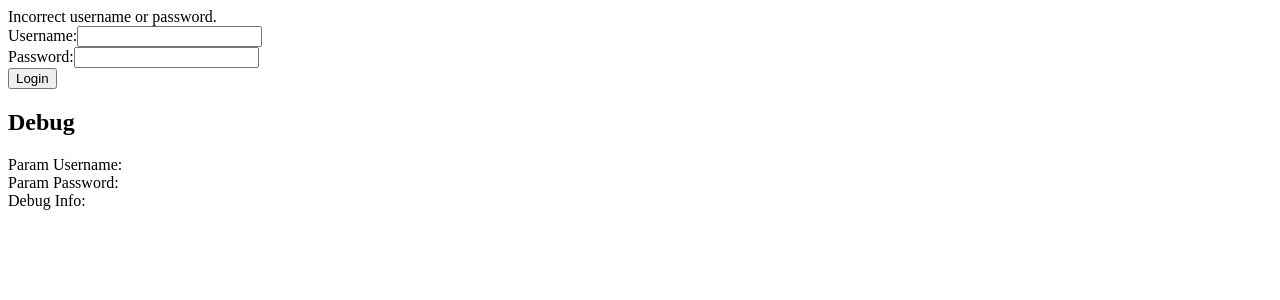
Repository: Bodily-Brad/CS313-Group-Java
Page: http://localhost/8.02/ValidateUser
These files come from the project's save history. The page is drawn as it stood at one moment and after the next save; the edit follows.
The browser window is 1280 px wide. The pictures show the whole page.
The page is served by Tomcat 9.

Above is the page before, as saved 2014-11-11 16:56:12.

### 8.02/WebContent/login.jsp
<%@ page language="java" contentType="text/html; charset=ISO-8859-1"
    pageEncoding="ISO-8859-1"%>
<!DOCTYPE html PUBLIC "-//W3C//DTD HTML 4.01 Transitional//EN" "http://www.w3.org/TR/html4/loose.dtd">
<html>
<head>
<meta http-equiv="Content-Type" content="text/html; charset=ISO-8859-1">
<title>CS313 - 8.02</title>
</head>
<body>
	<span>${requestScope.message}</span>
	<form action="ValidateUser" method="Get">
		<label>Username:</label><input type="text" name="username"><br>
		<label>Password:</label><input type="password" name="password"><br>
		<input type="submit" value="Login">
	</form>
	<h2>Debug</h2>
	Param Username: ${param.username}<br>
	Param Password: ${param.password}<br>
	Debug Info: ${requestScore.debug}
</body>
</html>

### 8.02/src/validation/ValidateUser.java
package validation;

import java.io.IOException;

import javax.servlet.ServletException;
import javax.servlet.annotation.WebServlet;
import javax.servlet.http.HttpServlet;
import javax.servlet.http.HttpServletRequest;
import javax.servlet.http.HttpServletResponse;

/**
 * Servlet implementation class ValidateUser
 */
@WebServlet("/ValidateUser")
public class ValidateUser extends HttpServlet {
	private static final long serialVersionUID = 1L;

    /**
     * @see HttpServlet#HttpServlet()
     */
    public ValidateUser() {
        super();
        // TODO Auto-generated constructor stub
    }

	/**
	 * @see HttpServlet#doGet(HttpServletRequest request, HttpServletResponse response)
	 */
	protected void doGet(HttpServletRequest request, HttpServletResponse response) throws ServletException, IOException {
		// TODO Auto-generated method stub

		// Get Username & Password from form
		String username = request.getParameter("username");
		String password = request.getParameter("password");

		// Do bad hard-coded validation
		if ( (username == "student" ) && (password == "myvoiceismypassport") )
		{
			request.setAttribute("message", "Guess it worked, go to Welcome now.");
			request.setAttribute("usernameTest", username);
			request.getRequestDispatcher("/login.jsp").forward(request, response);
		}
		else
		{
			request.setAttribute("message", "Incorrect username or password.");
			request.setAttribute("debug", "Username: " + username);
			request.getRequestDispatcher("/login.jsp").forward(request, response);
		}


	}

	/**
	 * @see HttpServlet#doPost(HttpServletRequest request, HttpServletResponse response)
	 */
	protected void doPost(HttpServletRequest request, HttpServletResponse response) throws ServletException, IOException {
		// TODO Auto-generated method stub
	}

}

After the next save:
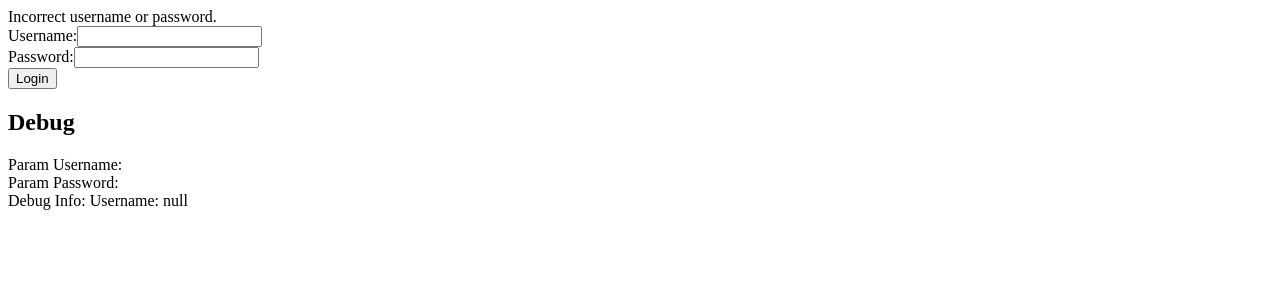
Saved 28 s later.
--- a/8.02/WebContent/login.jsp
+++ b/8.02/WebContent/login.jsp
@@ -16,6 +16,6 @@
 	<h2>Debug</h2>
 	Param Username: ${param.username}<br>
 	Param Password: ${param.password}<br>
-	Debug Info: ${requestScore.debug}
+	Debug Info: ${requestScope.debug}
 </body>
 </html>
